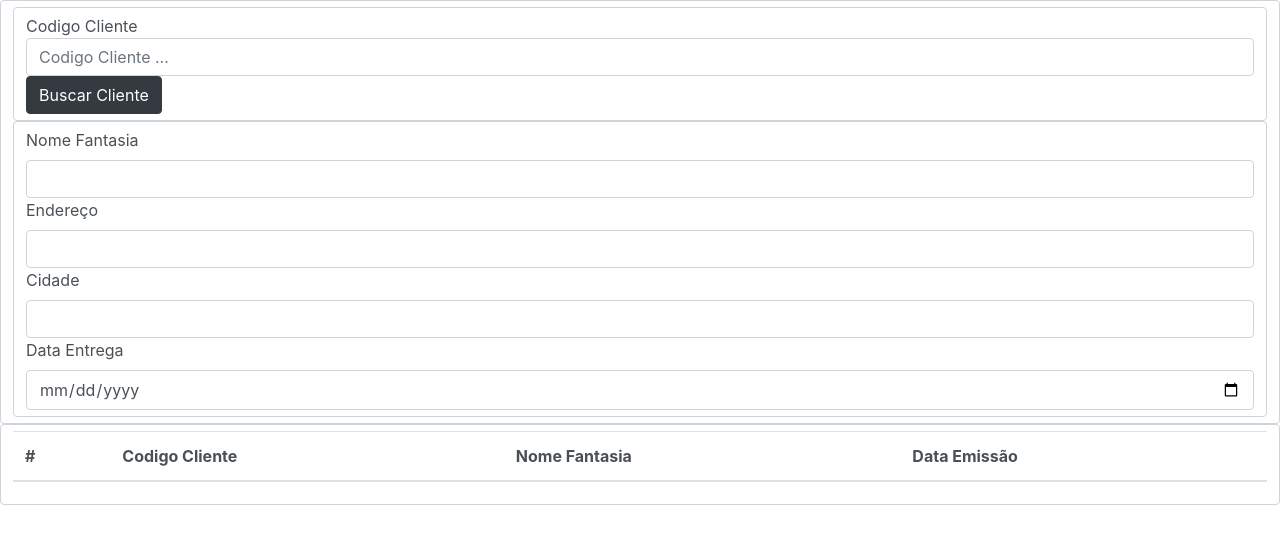
Repository: RobertoAntunes35/controle-estoque
Page: backend/templates/paginaGeracaoPedidos.html
These files come from the project's save history. The page is drawn as it stood at one moment and after the next save; the edit follows.
The browser window is 1280 px wide. The pictures show the whole page.
Some web libraries are served in a nearby version. The template is drawn by Flask 3. The application's start-up code is not run. The template is opened directly, without the code that normally fills it, so the values that code supplies are empty.

Above is the page before, as saved 2023-06-06 10:40:28.

After the next save:
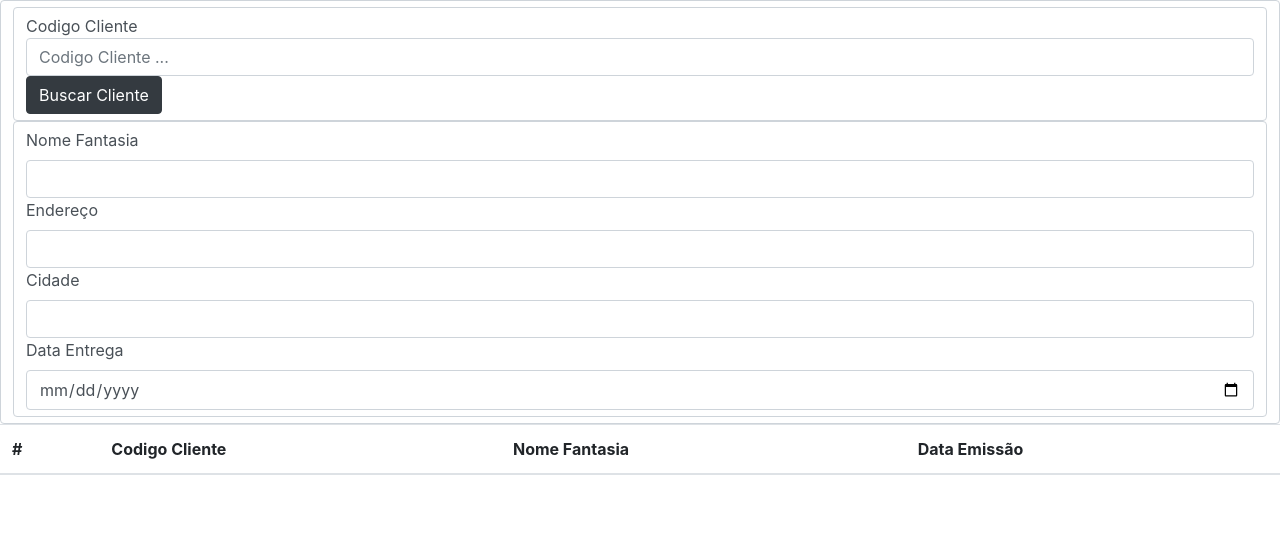
Saved 6 s later.
--- a/backend/templates/paginaGeracaoPedidos.html
+++ b/backend/templates/paginaGeracaoPedidos.html
@@ -26,7 +26,7 @@
                     <input class="form-control" type="date" name="dataEntrega" id="dataEntrega">
                 </div>
             </div>
-            <div class="produtos form-control">
+            <div class="produtos">
                 <table class="table">
                     <thead>
                         <tr>
